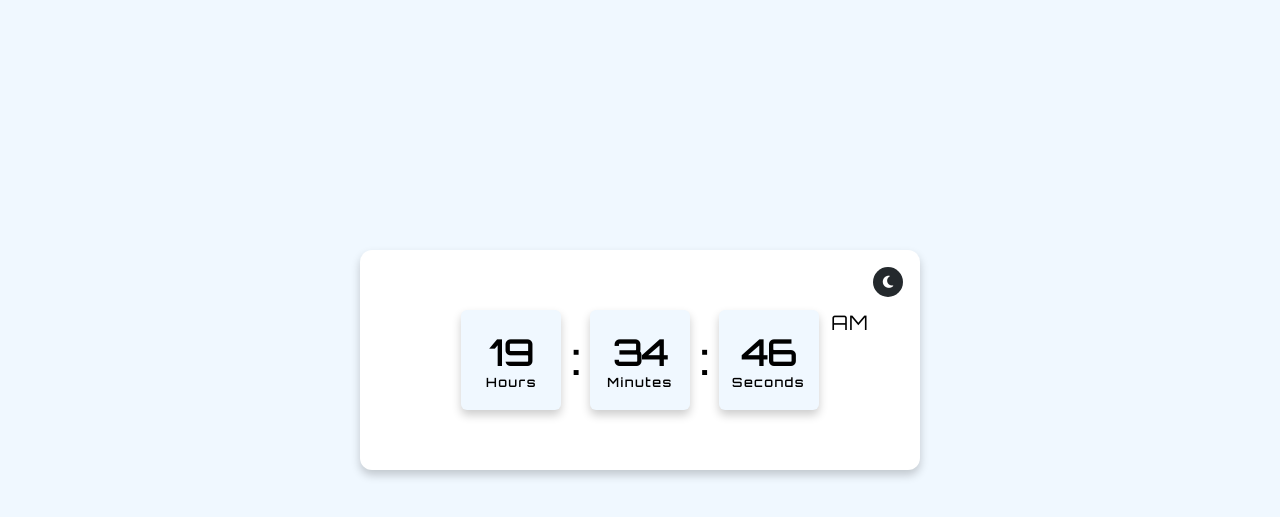
Repository: HueVu99/ComPonents
Page: Dynamic Digital Clock/index.html
An editor plug-in stored every save of this project. The page is shown before and after a run of saves, followed by the edit.
The browser window is 1280 px wide. The pictures show the whole page.
Some web libraries are served in a nearby version.

Above is the page before, as saved 2022-07-08 20:06:11.

### Dynamic Digital Clock/index.html
<!DOCTYPE html>
<html lang="en">
<head>
    <meta charset="UTF-8">
    <meta http-equiv="X-UA-Compatible" content="IE=edge">
    <meta name="viewport" content="width=device-width, initial-scale=1.0">
    <title>Document</title>
    <link rel="stylesheet" href="style.css">
    <link rel="stylesheet" href="https://cdnjs.cloudflare.com/ajax/libs/font-awesome/6.1.1/css/all.min.css">
</head>
<body>
    <section>
        <div class="container">
            <div class="icons">
                <i class="fas fa-moon"></i>
                <i class="fas fa-sun"></i>
            </div>
            <div class="time">
              <div class="time-colon">
                <div class="time-text">
                    <span class="num hour_num"> 08</span>
                    <span class="text">Hours</span>
                </div>
                <span class="colon">:</span>
               </div>
            <div class="time-colon">
                <div class="time-text">
                    <span class="num min_num"> 08</span>
                    <span class="text">Minutes</span>
                </div>
                <span class="colon">:</span>
            </div>
            <div class="time-colon">
                <div class="time-text">
                    <span class="num sec_num"> 06</span>
                    <span class="text">Seconds</span>
                </div>
                <span class="am_pm">AM</span>
                 </div>
            </div>
        </div>
    </section>
    <script src="main.js"></script>
</body>
</html>

### Dynamic Digital Clock/style.css
@import url('https://fonts.googleapis.com/css2?family=Orbitron&family=Poppins:wght@200&display=swap');
*{
    margin: 0;
    padding: 0;
    box-sizing:border-box;
    font-family:"Orbitron",sans-serif;
    transition:  all 0.4 ease;
}
section{
    min-height: 100vh;
    width: 100%;
    display: flex;
    align-items: center;
    justify-content: center;
    background: #F0F8FF;
}
section.dark{
    background: #24292D;
}
section .container{
    display: flex;
    align-items: center;
    justify-content: center;
    height: 220px;
    max-width: 560px;
    width: 100%;
    background: #fff;
    box-shadow: 0 5px 10px rgba(0 , 0 , 0, 0.2);
    border-radius: 12px;
    position: relative;
}
section.dark .container{
    background: #323840;
}
section .container .icons i{
    position: absolute;
    right: 17px;
    top: 17px;
    height: 30px;
    width: 30px;
    background: #24292D;
    color: #fff;
    text-align:center;
    line-height: 30px;
    border-radius: 50%;
    font-size: 14px;
    cursor: pointer;
}
section.dark .container .icons i{
    background: #fff;
    color: #323840;
}
section .container .icons i.fa-sun{
    opacity: 0;
    pointer-events: none;
}
section.dark .container .icons i.fa-sun{
    opacity: 0;
    pointer-events: auto;
    font-size: 16px;
}
section .container .time{
    display: flex;
    align-items: center;
}
.container .time .time-colon{
    display: flex;
    align-items: center;
    position: relative;
}
.time .time-colon .am_pm{
    position: absolute;
    top: 0;
    right: -50px;
    font-size: 20px;
    font-weight: 700px;
    letter-spacing: 1px;
}
section.dark .time .time-colon .am_pm{
    color: #fff;
}
.time .time-colon .time-text{
    width: 100px;
    height: 100px;
    display: flex;
    align-items: center;
    flex-direction: column;
    justify-content: center;
    background: #F0F8FF;
    border-radius: 6px;
    box-shadow: 0 5px 10px rgba(0 , 0, 0, 0.2);
}
section.dark .time .time-colon .time-text{
    background: #24292D;
}
.time .time-colon .time-text,
.time .time-colon .colon{
    font-size:35px;
    font-weight: 600;
}
section.dark .time .time-text,
section.dark .time .colon{
color:#fff
}
.time .time-colon .colon{
    font-size: 40px;
    margin: 0 10px;
}

.time .time-colon .time-text .text{
    font-size: 12px;
    font-weight: 700;
    letter-spacing: 2px;
}
section.dark.time .time-colon .text{
    color:#fff
}

### Dynamic Digital Clock/main.js
let section = document.querySelector("section");
let icons = document.querySelector(".icons");

icons.onclick =() =>{
    section.classList.toggle("dark");
}
setInterval(()=>{

   let date = new Date() ,
   hour = date.getHours();
   min = date.getMinutes();
   sec = date.getSeconds();

   let d = hour < 12 ? "AM" : "PM";
   console.log("~ hour", sec)
   document.querySelector(".hour_num").innerText = hour;
   document.querySelector(".min_num").innerText = min;
   document.querySelector(".sec_num").innerText = sec;
},1000)

After the next 4 saves:
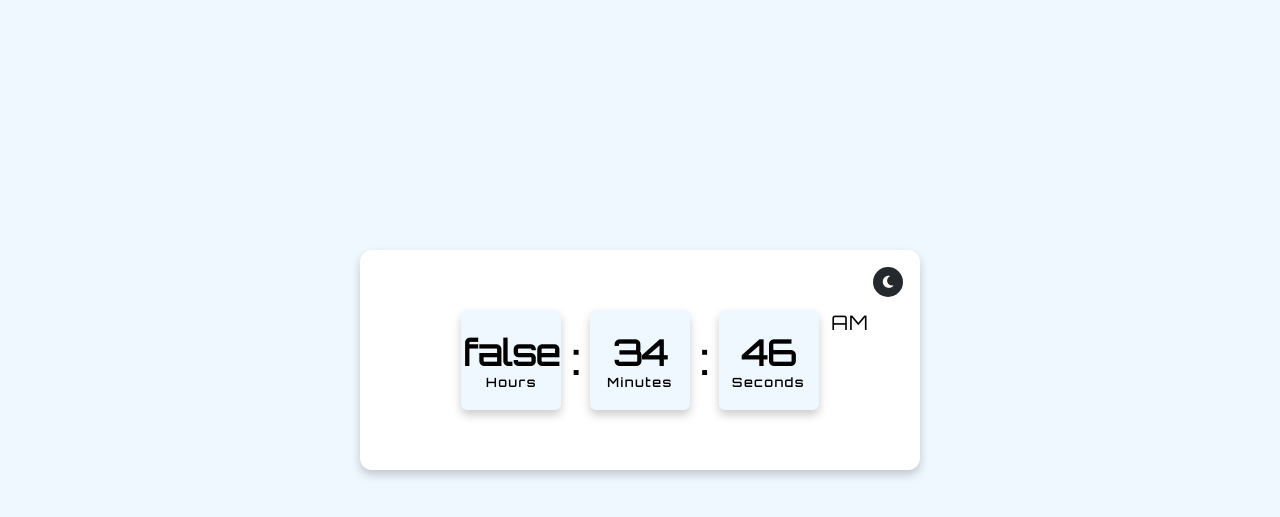
The 4 saves are shown as one change because they came seconds apart.
The last was saved 12 s later.
--- a/Dynamic Digital Clock/main.js
+++ b/Dynamic Digital Clock/main.js
@@ -12,6 +12,7 @@ setInterval(()=>{
    sec = date.getSeconds();
 
    let d = hour < 12 ? "AM" : "PM";
+   hour = hour>
    console.log("~ hour", sec)
    document.querySelector(".hour_num").innerText = hour;
    document.querySelector(".min_num").innerText = min;
